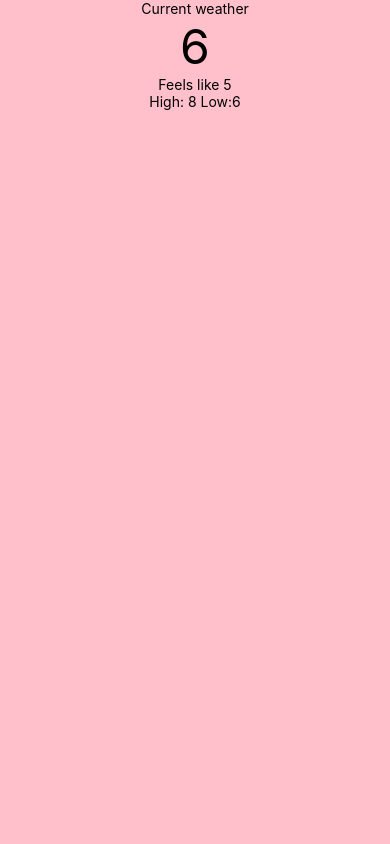
Repository: braduku28/react-weather-app
Screen: / (app in WeatherApp/)
An editor plug-in stored every save of this project. The screen is shown before and after the next save, followed by the edit.
The app was drawn by React Native's web renderer in a window 390 px wide. The project was rebuilt for these pictures with package versions that can differ from the ones it lists, and the page was loaded fresh each time.

Above is the screen before, as saved 2023-10-10 14:34:28.

### WeatherApp/App.tsx
import React from "react";

import { View, Text, SafeAreaView, StyleSheet } from "react-native";

const App = () =>{
  return (
    <SafeAreaView style={styles.wrapper}>
      <View style={styles.container}>
        <Text>Current weather</Text>
        <Text style={styles.temp}>6</Text>
        <Text>Feels like 5</Text>
        <Text>High: 8 Low:6</Text>
      </View>
    </SafeAreaView>
  );
}
const styles=StyleSheet.create({
  container:{
    flex:1,
    backgroundColor:"pink",
    alignItems:"center"
  },
  wrapper:{
    flex:1
  },
  temp:{
    color:"black",
    fontSize:48
  }
});

export default App;

After the next save:
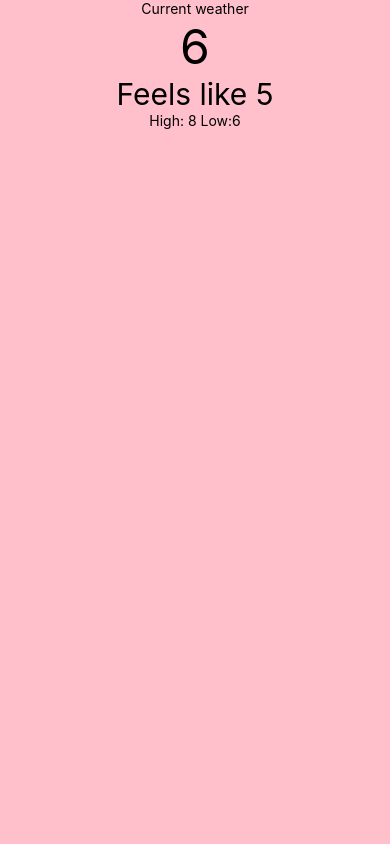
Saved 55 s later.
--- a/WeatherApp/App.tsx
+++ b/WeatherApp/App.tsx
@@ -8,7 +8,7 @@ const App = () =>{
       <View style={styles.container}>
         <Text>Current weather</Text>
         <Text style={styles.temp}>6</Text>
-        <Text>Feels like 5</Text>
+        <Text style={styles.feels}>Feels like 5</Text>
         <Text>High: 8 Low:6</Text>
       </View>
     </SafeAreaView>
@@ -26,6 +26,10 @@ const styles=StyleSheet.create({
   temp:{
     color:"black",
     fontSize:48
+  },
+  feels:{
+    color:"black",
+    fontSize:30
   }
 });
 
